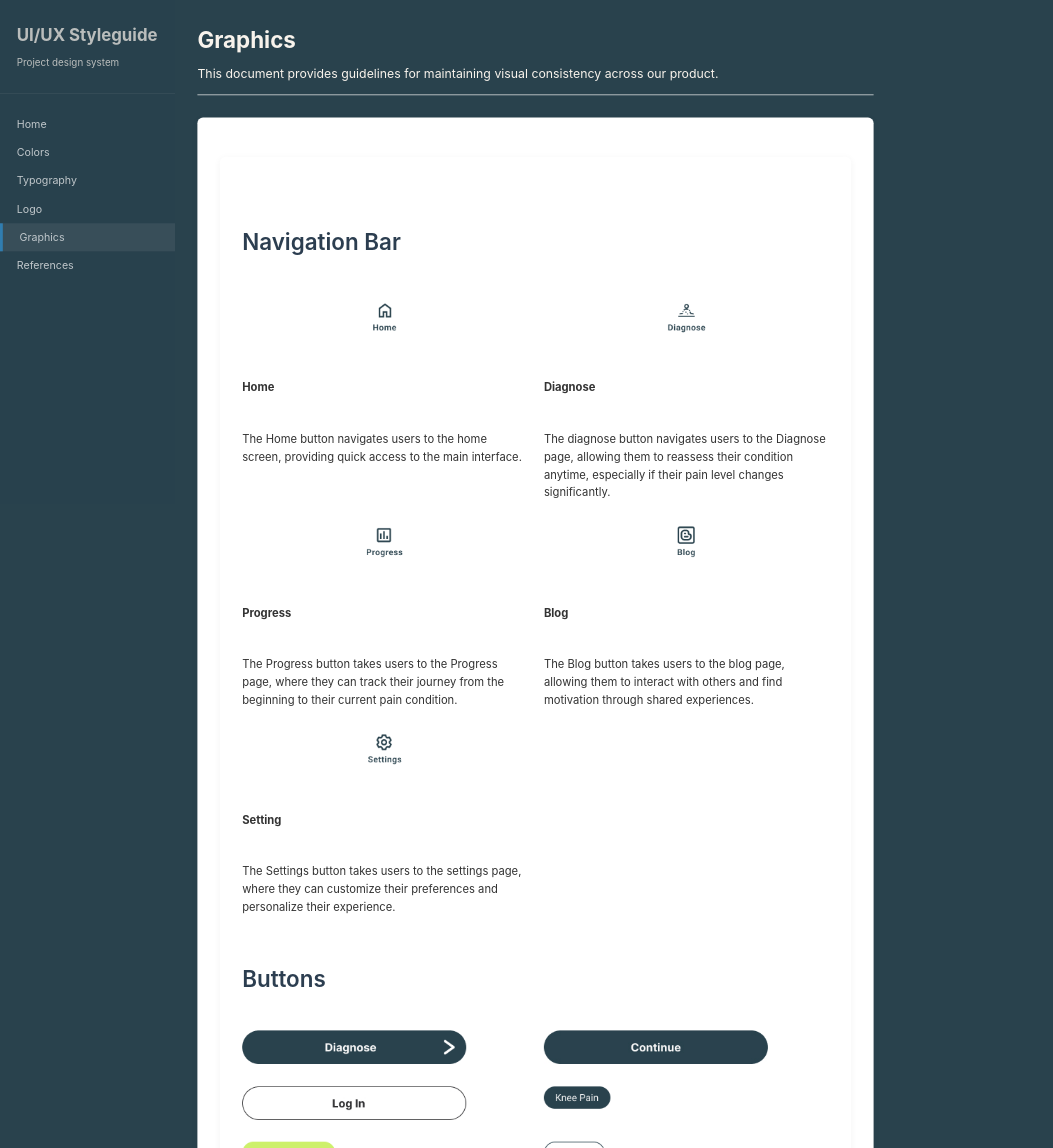
Repository: rosielee09/Heal_U
Page: graphics.html
These files come from the project's save history. The page is drawn as it stood at one moment and after the next save; the edit follows.
The browser window is 1280 px wide. The page is 1504 px wide, then 1472 px, so the pictures cover 1504 px, including what lies to the right of the window. The pictures show the part of the page from y = 0 to 1640 px (the page is 4952 px tall before and 4807 px after), at 70% of full size.

Above is the page before, as saved 2025-04-06 10:32:12.

After the next save:
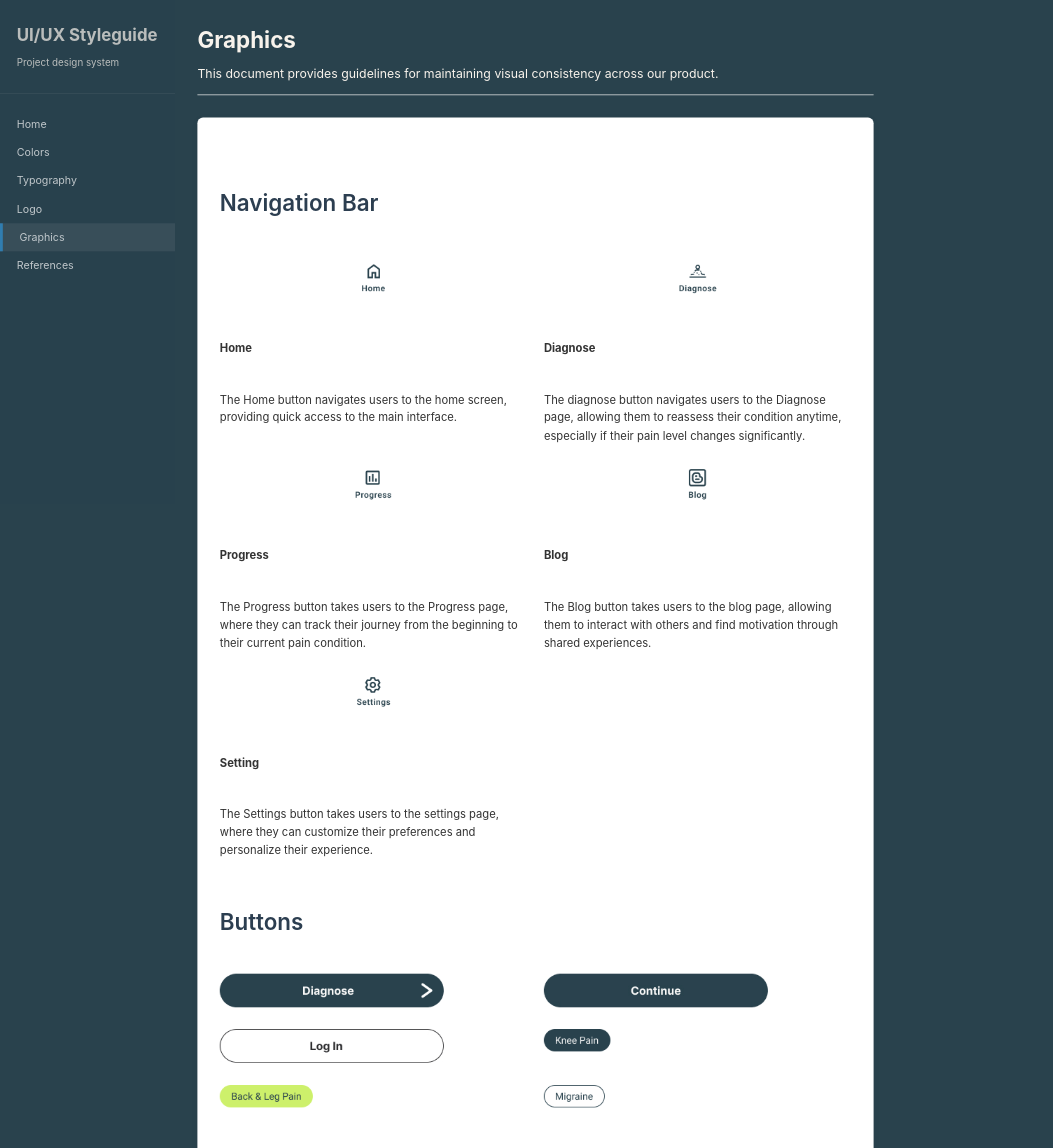
Saved 14 s later.
--- a/graphics.html
+++ b/graphics.html
@@ -32,10 +32,7 @@
                 <p>This document provides guidelines for maintaining visual consistency across our product.</p>
             </header>
 
-            <div class="component">
-                <div class="component-header">
-                  <p class="component-description"></p>
-                </div>
+
            <!-- SECTION 1: menu bar -->
            <div class="component">
             <div class="component-header">
